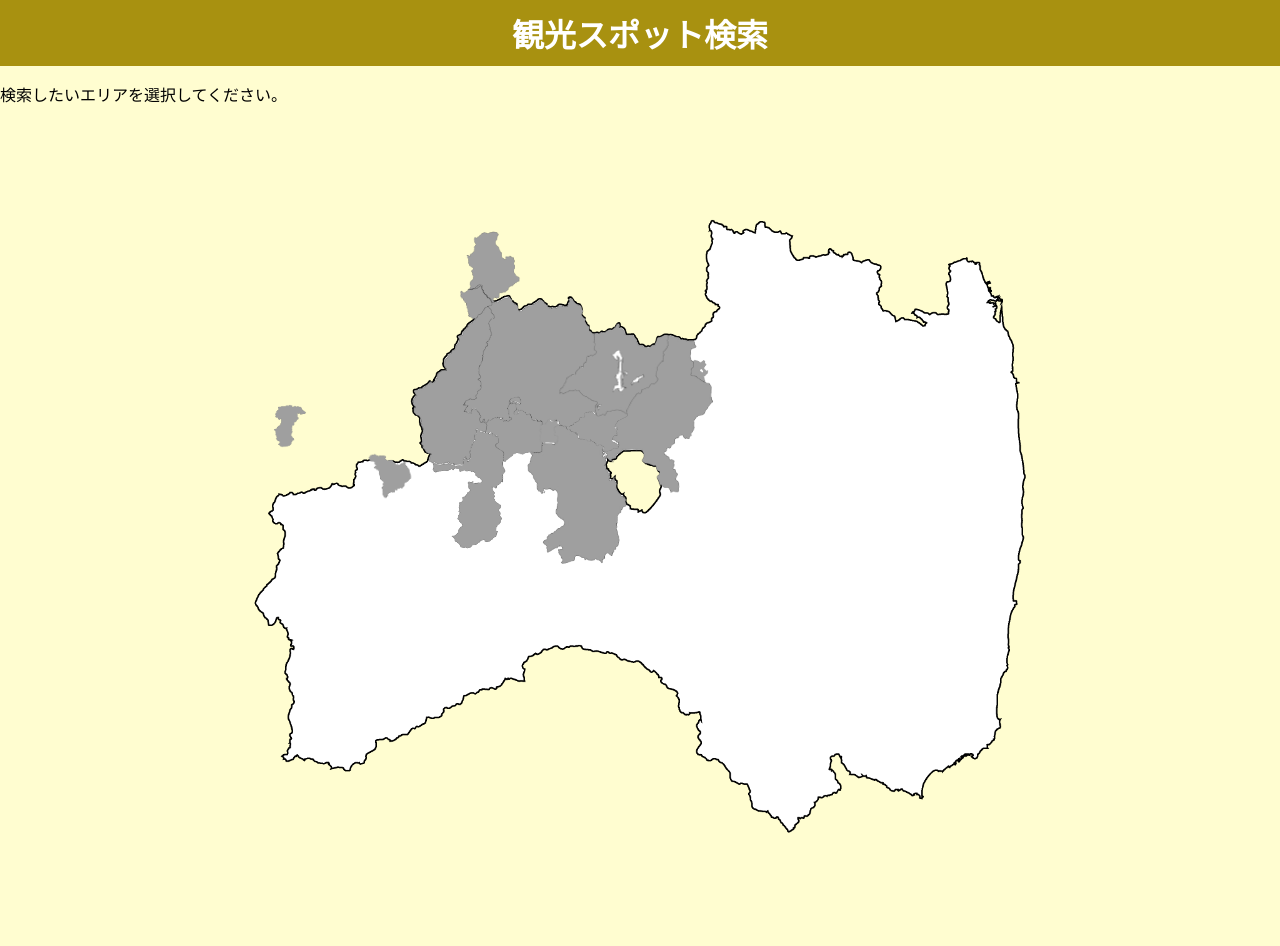
Repository: ryoutana/tanaryou.github.io
Page: Downloads/project/index.html
These files come from the project's save history. The page is drawn as it stood at one moment and after a run of saves; the edit follows.
The browser window is 1280 px wide. The pictures show the whole page.

Above is the page before, as saved 2025-04-29 13:53:21.

### Downloads/project/index.html
<!DOCTYPE html>
<html lang="ja">
<head>
    <meta charset="UTF-8">
    <meta name="viewport" content="width=device-width, initial-scale=1.0">
    <title>観光スポット検索</title>
    <link rel="stylesheet" href="styles.css">
</head>
<body>
    <header>
        <h1 id="pageTitle">観光スポット検索</h1>
    </header>
    <main>
        <section id="intro">
            <p id="introText">検索したいエリアを選択してください。</p>
            <div id="mapContainer">
                <img id="introImage" src="福島県白地図.png" alt="福島県の地図">
                <div id="spotContainer"></div>
            </div>
        </section>
    </main>
    <script src="script.js"></script>
</body>
</html>

### Downloads/project/styles.css
/* styles.css */

/* 全体のリセット */
body, html {
    margin: 0;
    padding: 0;
    box-sizing: border-box;
    background-color: #fffdd0; /* 背景色をクリーム色に設定 */
    font-family: Arial, sans-serif;
}

/* ヘッダーのスタイル */
header {
    text-align: center;
    background-color: #a89110; /* ゴールド系の背景色 */
    padding: 10px 0;
}

#pageTitle {
    font-size: 2em;
    margin: 0;
    color: #fff; /* 白文字 */
}

/* 地図全体のコンテナ */
#mapContainer {
    position: relative;
    width: 80%; /* 地図の幅を画面幅に応じて調整 */
    max-width: 800px;
    margin: 20px auto;
    overflow: hidden;
    text-align: center;
}

#introImage {
    width: 100%; /* 地図画像を親要素にフィットさせる */
    height: auto;
    display: block;
    margin: 0 auto;
    z-index: 1;
}

/* スポット画像のコンテナ */
#spotContainer {
    position: absolute;
    top: 0;
    left: 0;
    width: 100%;
    height: 100%;
    z-index: 2;
}

/* スポット画像のスタイル */
.spot-image {
    position: absolute;
    transform: translate(-50%, -50%); /* 中心基準で配置 */
    cursor: pointer;
    transition: filter 0.3s ease;
    filter: brightness(0.8) saturate(0); /* デフォルトで薄い灰色 */
}

.spot-image:hover {
    filter: brightness(1.2) hue-rotate(90deg); /* カーソルが乗ると黄緑 */
}

.spot-image.active {
    filter: brightness(1) hue-rotate(120deg) saturate(2); /* クリックでしっかり緑 */
}

### Downloads/project/script.js
// script.js

// スポットデータ（座標は地図画像内の相対的なピクセル位置）
const spots = [
    { name: '会津坂下町', img: '会津坂下町(白地図).png', x: 275, y: 303, width: 78 },
    { name: '会津若松市', img: '会津若松市(白地図).png', x: 337, y: 368, width: 158 },
    { name: '会津美里町', img: '会津美里町(白地図).png', x: 250, y: 150, width: 100 },
    { name: '喜多方市', img: '喜多方市(白地図).png', x: 291, y: 230, width: 170 },
    { name: '金山町', img: '金山町(白地図).png', x: 450, y: 250, width: 45 },
    { name: '三島町', img: '三島町(白地図).png', x: 50, y: 300, width: 50 },
    { name: '昭和村', img: '昭和村(白地図).png', x: 150, y: 350, width: 55 },
    { name: '西会津町', img: '西会津町(白地図).png', x: 214, y: 260, width: 180 },
    { name: '猪苗代町', img: '猪苗代町(白地図).png', x: 418, y: 288, width: 178 },
    { name: '湯川村', img: '湯川村(白地図).png', x: 309, y: 306, width: 30 },
    { name: '磐梯町', img: '磐梯町(白地図).png', x: 357, y: 304, width: 69 },
    { name: '北塩原村', img: '北塩原村(白地図).png', x: 374, y: 244, width: 123 },
    { name: '柳津町', img: '柳津町(白地図).png', x: 229, y: 363, width: 134 }
];

// スポットを動的に生成
function generateSpots() {
    const spotContainer = document.getElementById('spotContainer');
    const mapContainer = document.getElementById('mapContainer');

    if (!spotContainer || !mapContainer) {
        console.error('Error: 必要な要素が見つかりません。');
        return;
    }

    const mapWidth = mapContainer.offsetWidth; // 地図の幅
    const mapHeight = mapContainer.offsetHeight; // 地図の高さ

    spots.forEach(spot => {
        const img = document.createElement('img');
        img.src = spot.img;
        img.alt = spot.name;
        img.style.width = `${(spot.width / 800) * mapWidth}px`; // 幅を地図のサイズに比例させる
        img.style.left = `${(spot.x / 800) * mapWidth}px`; // x座標を地図のサイズに比例させる
        img.style.top = `${(spot.y / 800) * mapHeight}px`; // y座標を地図のサイズに比例させる
        img.classList.add('spot-image');

        // クリックイベントで色を変更
        img.addEventListener('click', () => {
            if (img.classList.contains('active')) {
                img.classList.remove('active'); // 緑から灰色に戻す
            } else {
                img.classList.add('active'); // 緑にする
            }
        });

        spotContainer.appendChild(img);
    });
}

// 初期化処理
function init() {
    generateSpots();
    console.log('スポット画像の生成が完了しました。');
}

// ページ読み込み時に初期化
window.onload = init;

After the next 7 saves:
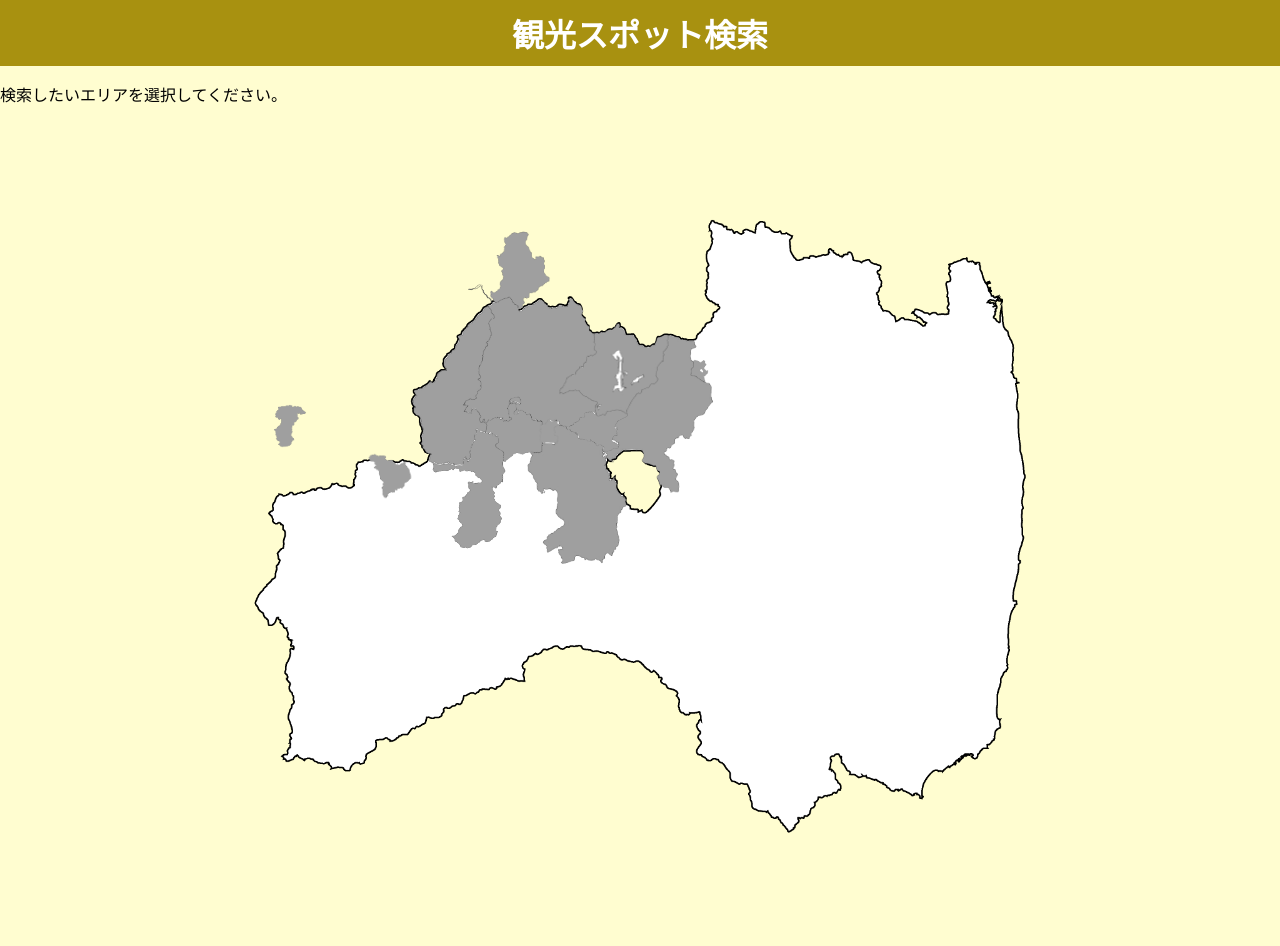
The 7 saves are shown as one change because they came seconds apart.
The last was saved 14 s later.
--- a/Downloads/project/script.js
+++ b/Downloads/project/script.js
@@ -4,7 +4,7 @@
 const spots = [
     { name: '会津坂下町', img: '会津坂下町(白地図).png', x: 275, y: 303, width: 78 },
     { name: '会津若松市', img: '会津若松市(白地図).png', x: 337, y: 368, width: 158 },
-    { name: '会津美里町', img: '会津美里町(白地図).png', x: 250, y: 150, width: 100 },
+    { name: '会津美里町', img: '会津美里町(白地図).png', x: 280, y: 150, width: 100 },
     { name: '喜多方市', img: '喜多方市(白地図).png', x: 291, y: 230, width: 170 },
     { name: '金山町', img: '金山町(白地図).png', x: 450, y: 250, width: 45 },
     { name: '三島町', img: '三島町(白地図).png', x: 50, y: 300, width: 50 },
